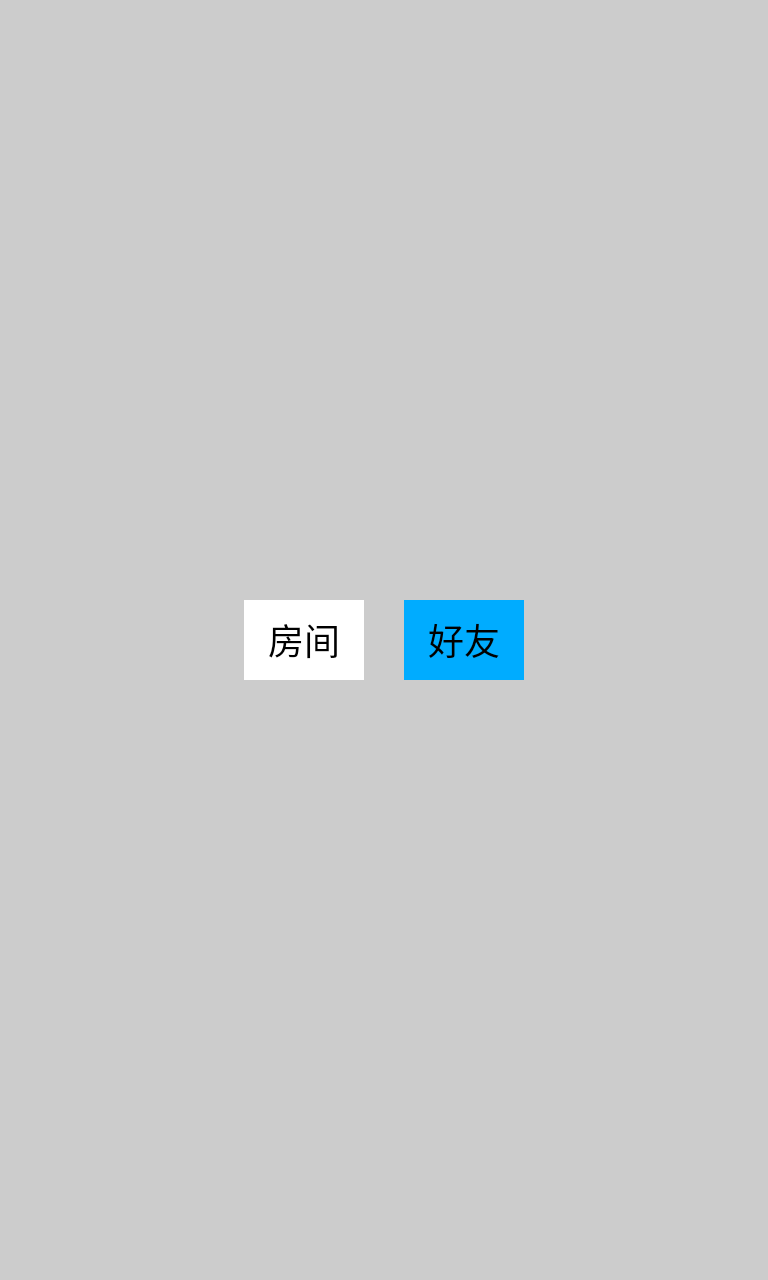
Repository: fanloveoupao/WecharTest
Layout: TestWechar/res/layout/addfriedsorroom.xml
The author's editor kept a copy of each file at every save. The layout is drawn from the files as they stood at one save, then again after the next save.
It is drawn on a 768 x 1280 px phone screen (xhdpi) without system bars, with theme AppTheme; the app's code is not run.

Above is the layout before, as saved 2015-10-07 08:59:45.

After the next save:
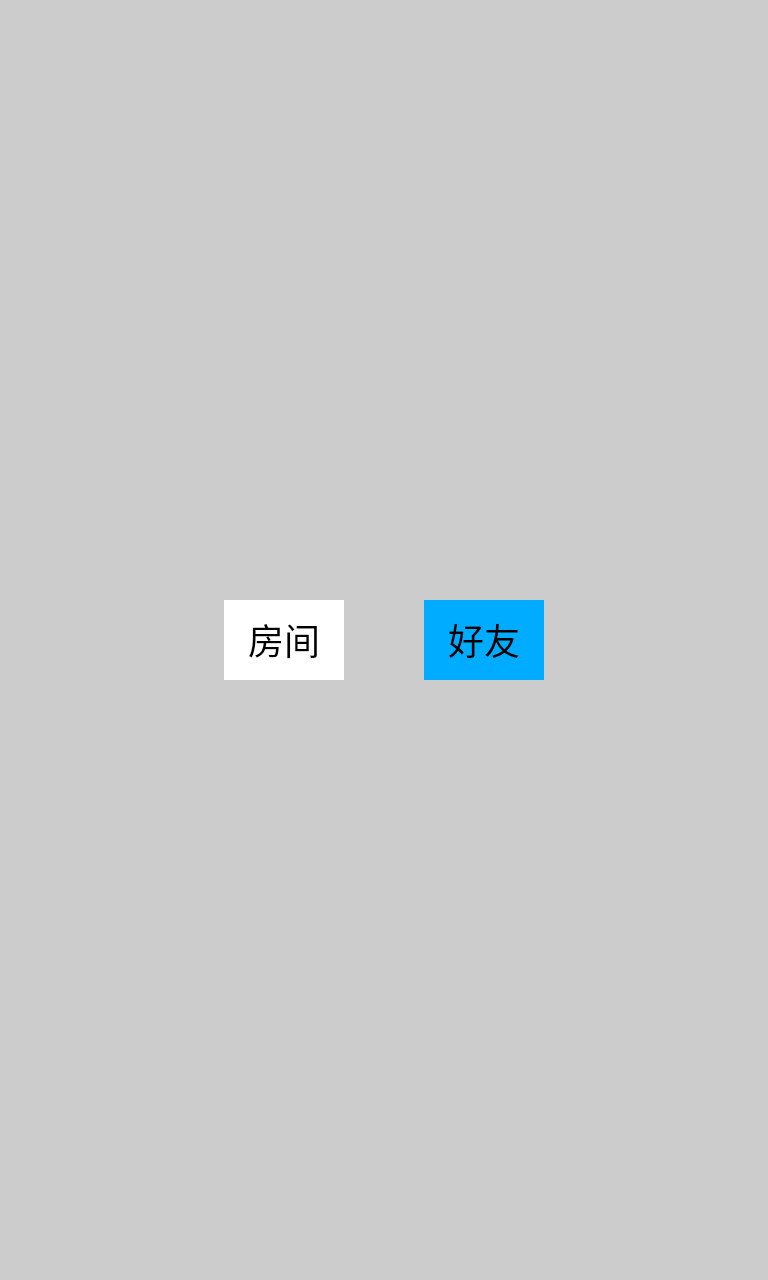
Saved 16 s later.
--- a/TestWechar/res/layout/addfriedsorroom.xml
+++ b/TestWechar/res/layout/addfriedsorroom.xml
@@ -16,6 +16,7 @@
             android:id="@+id/create_room"
             android:layout_width="60dp"
             android:layout_height="40dp"
+            android:layout_marginRight="20dp"
             android:background="@drawable/button_register_bg"
             android:text="房间" />
 
